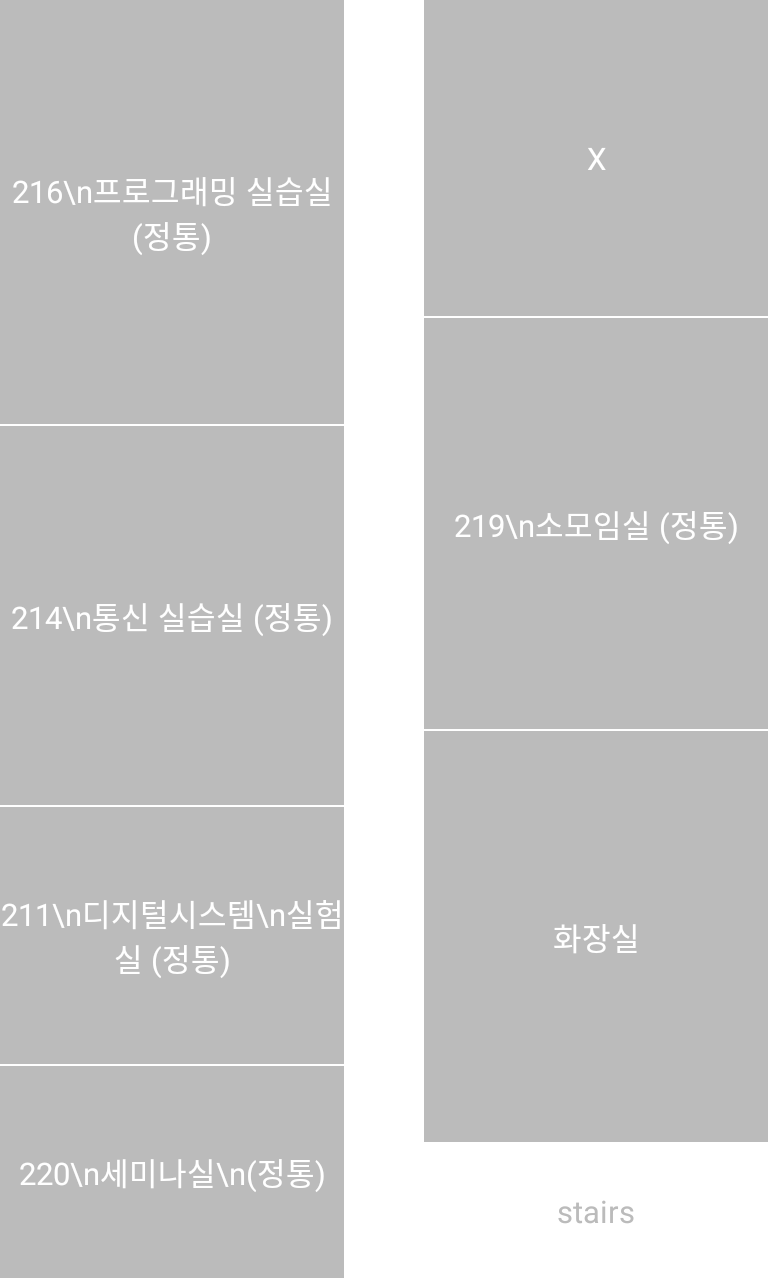
Repository: Choi-HyunWoo/Baddest
Layout: WorkOn_Hyunwoo/hansung.campusmap/res/layout/campus_gonghakb3.xml
An editor plug-in stored every save of this project. The layout is shown before and after the next save, followed by the edit.
It is drawn on a 768 x 1280 px phone screen (xhdpi) without system bars, with theme android:Theme.Light.NoTitleBar; the app's code is not run.

Above is the layout before, as saved 2014-05-30 12:50:04.

### WorkOn_Hyunwoo/hansung.campusmap/res/layout/campus_gonghakb3.xml
<?xml version="1.0" encoding="utf-8"?>
<LinearLayout  xmlns:android="http://schemas.android.com/apk/res/android"
    android:baselineAligned="false"
    android:layout_width="match_parent"
    android:layout_height="match_parent"
    android:orientation="horizontal" >

    <LinearLayout
        android:layout_width="fill_parent"
        android:layout_height="match_parent"
        android:layout_weight="1"
        android:orientation="vertical" >

        <Button
            android:text="216\n프로그래밍 실습실 (정통)"
            android:layout_weight="2"
            style="@style/RoomButton" />
        <Button
            android:text="214\n통신 실습실 (정통)"
            android:layout_weight="2"
            style="@style/RoomButton" />
        <Button
            android:text="211\n디지털시스템\n실험실 (정통)"
            android:layout_weight="1"
            style="@style/RoomButton" />
        <Button
            android:text="220\n세미나실\n(정통)"
            android:layout_weight="1"
            style="@style/RoomButton" />

    </LinearLayout>

    <RelativeLayout
    	android:layout_width="40dp"
        android:layout_height="match_parent"
        android:orientation="vertical" >
	</RelativeLayout>

    <LinearLayout
        android:layout_width="fill_parent"
        android:layout_height="match_parent"
        android:layout_weight="1"
        android:orientation="vertical" >

        <Button
            android:text="X"
            android:layout_weight="3"
            style="@style/RoomButton" />
        <Button
            android:text="219\n소모임실 (정통)"
            android:layout_weight="4"
            style="@style/RoomButton" />
        <Button
            android:text="화장실"
            android:layout_weight="4"
            style="@style/RoomButton" />
        <Button
            android:text="stairs"
            android:layout_weight="1"
            style="@style/WhitePlace" />

    </LinearLayout>
</LinearLayout>

### WorkOn_Hyunwoo/hansung.campusmap/res/values/styles.xml
<resources xmlns:android="http://schemas.android.com/apk/res/android">


    <style name="BuildingButton">
        <item name="android:background">@drawable/bt_selector</item>
        <item name="android:textColor">@color/White</item>
        <item name="android:gravity">center</item>
        <item name="android:textSize">6pt</item>
        <item name="android:layout_gravity">fill</item>
        <item name="android:layout_margin">2dp</item>
    </style>
    <style name="MapOthers">
		<item name="android:background">@color/White</item>
        <item name="android:textColor">@color/LightGray</item>
        <item name="android:gravity">center</item>
        <item name="android:textSize">5pt</item>
        <item name="android:layout_gravity">fill</item>
        <item name="android:layout_margin">2dp</item>
    </style>

    <style name="RoomButton">
        <item name="android:background">@drawable/bt_selector</item>
		<item name="android:layout_width">match_parent</item>
        <item name="android:layout_height">wrap_content</item>
        <item name="android:layout_marginBottom">1dp</item>
        <item name="android:gravity">center</item>
        <item name="android:textColor">@color/White</item>
        <item name="android:textSize">7pt</item>
    </style>
    <style name="WhitePlace">
        <item name="android:background">@color/White</item>
		<item name="android:layout_width">match_parent</item>
        <item name="android:layout_height">wrap_content</item>
        <item name="android:layout_marginBottom">1dp</item>
        <item name="android:gravity">center</item>
        <item name="android:textColor">@color/LightGray</item>
        <item name="android:textSize">7pt</item>
    </style>

    <style name="NullPlace">
        <item name="android:background">#dddddd</item>
		<item name="android:layout_width">match_parent</item>
        <item name="android:layout_height">wrap_content</item>
        <item name="android:layout_marginBottom">1dp</item>
        <item name="android:gravity">center</item>
        <item name="android:textColor">@color/LightGray</item>
        <item name="android:textSize">7pt</item>
    </style>

    <style name="FloorButton">
        <item name="android:background">@color/DarkGray</item>
		<item name="android:layout_width">wrap_content</item>
        <item name="android:layout_height">30dp</item>
        <item name="android:layout_marginRight">1dp</item>
        <item name="android:layout_weight">1</item>
        <item name="android:gravity">center</item>
        <item name="android:textColor">@color/White</item>
        <item name="android:textSize">6pt</item>
    </style>


</resources>

### WorkOn_Hyunwoo/hansung.campusmap/res/values/colors.xml
<resources>





    <color name="MainColor">#33B5E5</color>
    <color name="DarkSkyblue">#0099CC</color>
    <color name="White">#FFFFFF</color>
    <color name="Black">#000000</color>
    <color name="LightGray">#BBBBBB</color>
    <color name="DarkGray">#999999</color>

</resources>

### WorkOn_Hyunwoo/hansung.campusmap/res/drawable-hdpi/bt_selector.xml
<?xml version="1.0" encoding="utf-8"?>
<selector xmlns:android="http://schemas.android.com/apk/res/android" >
    <item android:state_pressed="true"
        android:drawable="@color/MainColor" /> <!-- pressed button color -->
    <item
        android:drawable="@color/LightGray" /> <!-- default button color -->
</selector>

After the next save:
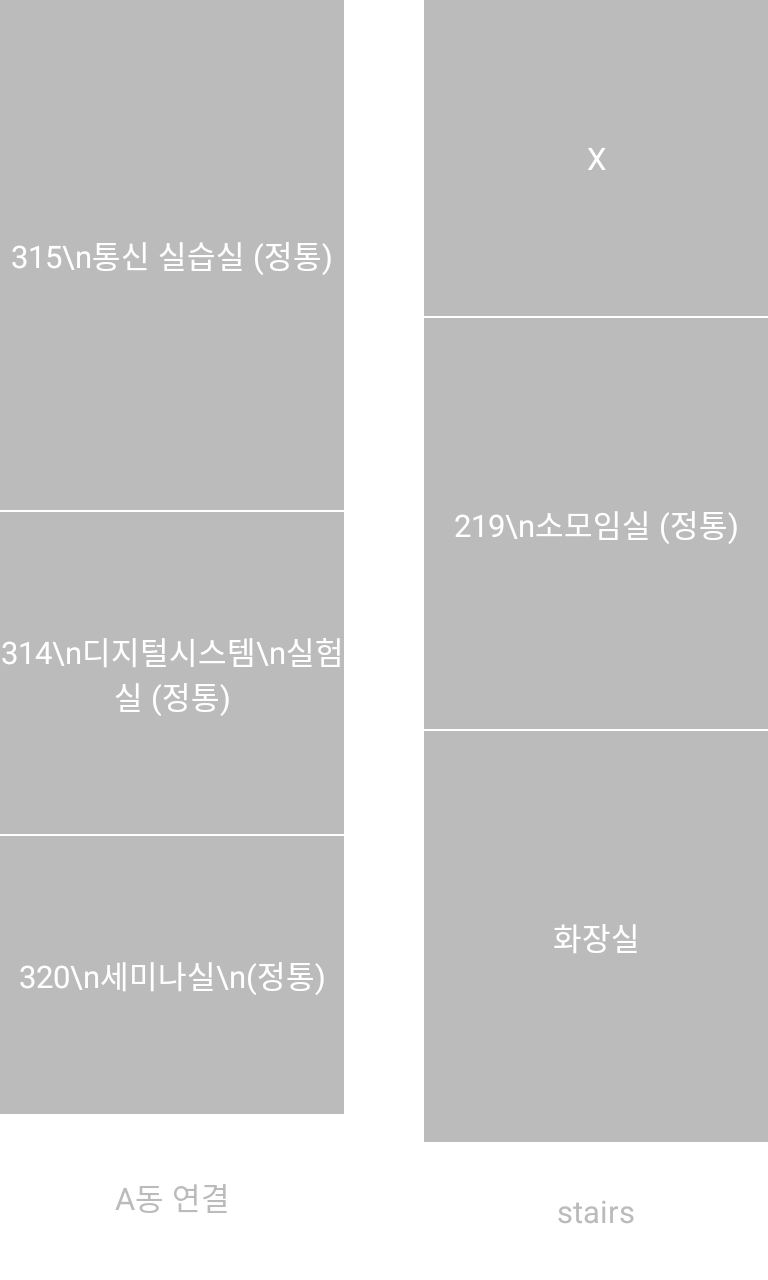
Saved 19 min 13 s later.
--- a/WorkOn_Hyunwoo/hansung.campusmap/res/layout/campus_gonghakb3.xml
+++ b/WorkOn_Hyunwoo/hansung.campusmap/res/layout/campus_gonghakb3.xml
@@ -12,22 +12,21 @@
         android:orientation="vertical" >
 
         <Button
-            android:text="216\n프로그래밍 실습실 (정통)"
+            android:text="315\n통신 실습실 (정통)"
             android:layout_weight="2"
             style="@style/RoomButton" />
         <Button
-            android:text="214\n통신 실습실 (정통)"
-            android:layout_weight="2"
-            style="@style/RoomButton" />
-        <Button
-            android:text="211\n디지털시스템\n실험실 (정통)"
+            android:text="314\n디지털시스템\n실험실 (정통)"
             android:layout_weight="1"
             style="@style/RoomButton" />
         <Button
-            android:text="220\n세미나실\n(정통)"
+            android:text="320\n세미나실\n(정통)"
             android:layout_weight="1"
             style="@style/RoomButton" />
-
+        <Button
+            android:text="A동 연결"
+            android:layout_weight="0.5"
+            style="@style/WhitePlace" />
     </LinearLayout>
 
     <RelativeLayout
